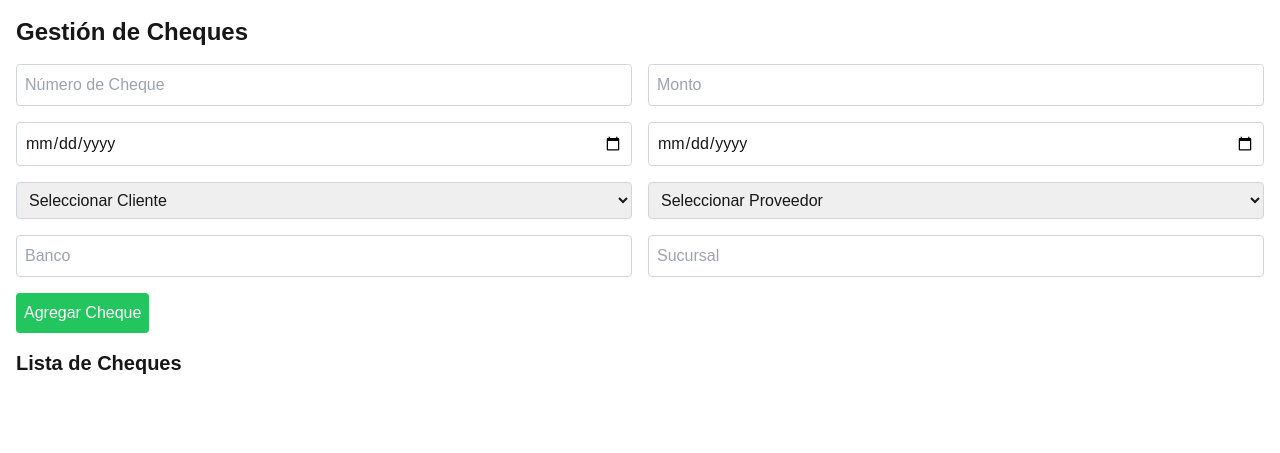
Repository: manucavallera/Sistema-Gestion
Page: /cheques
The author's editor kept a copy of each file at every save. The page is drawn from the files as they stood at one save, then again after a run of saves.
The browser window is 1280 px wide. The pictures show the whole page.
The page's requests for data from a server got no answer. The project was rebuilt for these pictures with package versions that can differ from the ones it lists, and the page was loaded fresh each time. The framework's server and built-in components were replaced by stand-ins that run in the browser. No one was signed in, and anything a server would have sent is missing. Also part of the build but not shown: next.config.mjs.

Above is the page before, as saved 2024-11-18 16:43:50.

After the next 2 saves:
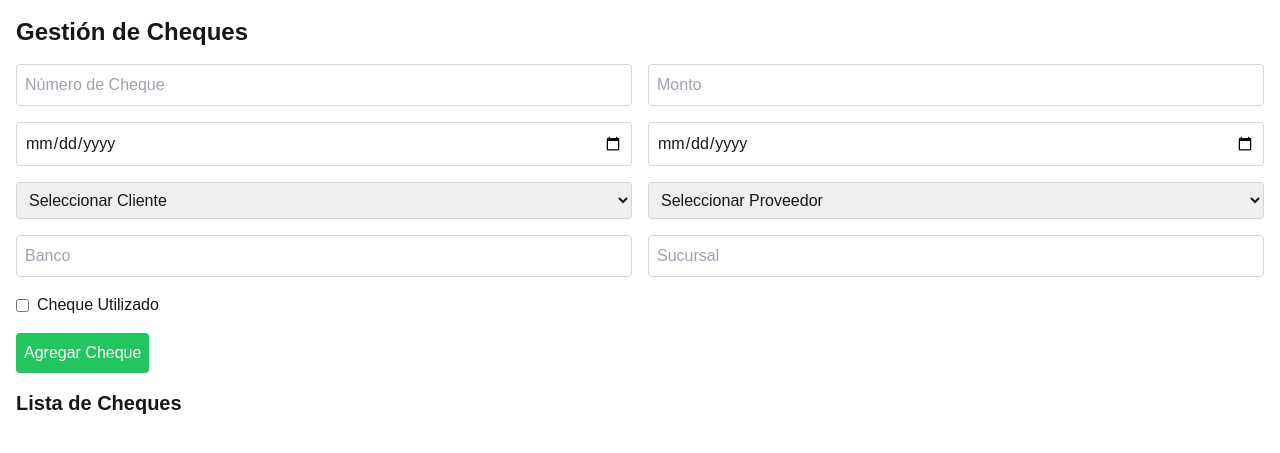
The 2 saves are shown as one change because 1 did not build or start.
The last was saved 114 s later.
--- a/src/app/cheques/page.tsx
+++ b/src/app/cheques/page.tsx
@@ -12,6 +12,7 @@ interface Cheque {
   proveedorId?: string | null;
   banco: string;
   sucursal: string;
+  utilizado: boolean; // Agregar el campo utilizado
 }
 
 // Define la interfaz para un cliente
@@ -33,6 +34,7 @@ const PaginaCheques = () => {
   const [fechaVencimiento, setFechaVencimiento] = useState("");
   const [banco, setBanco] = useState("");
   const [sucursal, setSucursal] = useState("");
+  const [utilizado, setUtilizado] = useState(false); // Estado para utilizado
   const [cheques, setCheques] = useState<Cheque[]>([]);
   const [error, setError] = useState("");
   const [editingCheque, setEditingCheque] = useState<Cheque | null>(null);
@@ -92,6 +94,7 @@ const PaginaCheques = () => {
       proveedorId: proveedorId,
       banco: banco,
       sucursal: sucursal,
+      utilizado: utilizado, // Incluir el estado utilizado
     };
 
     try {
@@ -141,6 +144,7 @@ const PaginaCheques = () => {
     setFechaVencimiento("");
     setBanco("");
     setSucursal("");
+    setUtilizado(false); // Reiniciar el estado utilizado
     setError("");
     setEditingCheque(null);
     setClienteId(null);
@@ -177,8 +181,10 @@ const PaginaCheques = () => {
     setProveedorId(cheque.proveedorId || null);
     setBanco(cheque.banco);
     setSucursal(cheque.sucursal);
+    setUtilizado(cheque.utilizado); // Establecer el estado utilizado
     setEditingCheque(cheque);
   };
+
   return (
     <div className='container mx-auto p-4'>
       <h1 className='text-2xl font-bold mb-4'>Gestión de Cheques</h1>
@@ -245,7 +251,7 @@ const PaginaCheques = () => {
             className='border border-gray-300 rounded p-2'
             required
           >
-            <option value=''>Seleccionar Proveedor</option>
+            <option value=''> Seleccionar Proveedor</option>
             {proveedores.map((proveedor) => (
               <option key={proveedor.id} value={proveedor.id}>
                 {proveedor.razonSocial}
@@ -271,6 +277,15 @@ const PaginaCheques = () => {
             className='border border-gray-300 rounded p-2'
             required
           />
+        </div>
+        <div className='flex items-center mt-4'>
+          <input
+            type='checkbox'
+            checked={utilizado}
+            onChange={(e) => setUtilizado(e.target.checked)}
+            className='mr-2'
+          />
+          <label>Cheque Utilizado</label>
         </div>
         {error && <p className='text-red-500'>{error}</p>}
         <button
@@ -298,7 +313,9 @@ const PaginaCheques = () => {
                 cliente ? cliente.razonSocial : "No asignado"
               }, Proveedor: ${
                 proveedor ? proveedor.razonSocial : "No asignado"
-              }, Banco: ${cheque.banco}, Sucursal: ${cheque.sucursal}`}</span>
+              }, Banco: ${cheque.banco}, Sucursal: ${
+                cheque.sucursal
+              }, Utilizado: ${cheque.utilizado ? "Sí" : "No"}`}</span>
               <button
                 onClick={() => editarCheque(cheque)}
                 className='bg-yellow-500 text-white rounded p-1 ml-2'
